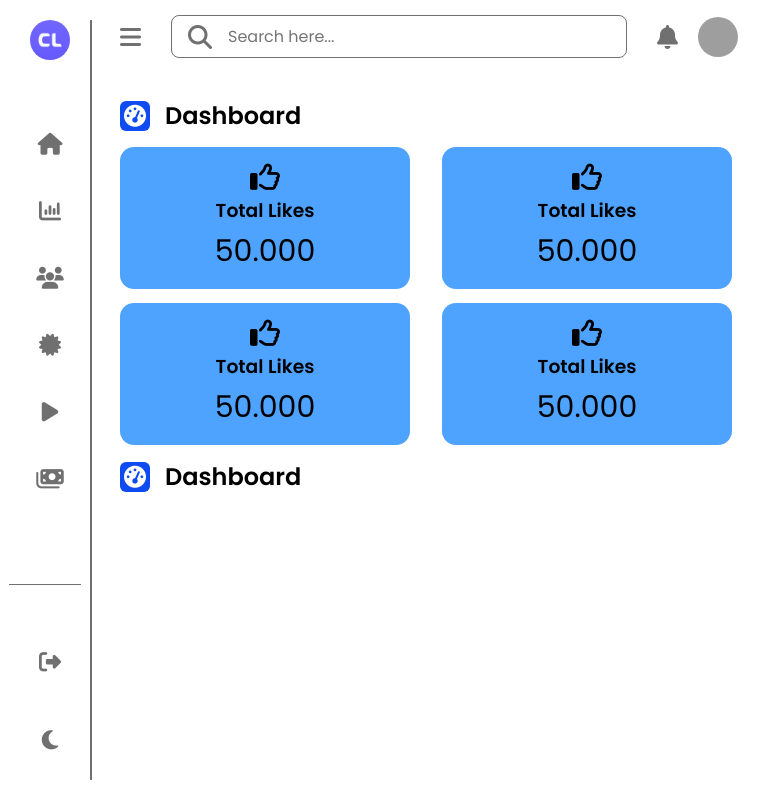
Repository: phamngocthang/practice-html-css
Page: Admin/dist/index.html
An editor plug-in stored every save of this project. The page is shown before and after the next save, followed by the edit.
The browser window is 768 px wide. The pictures show the whole page.
Pictures or frames that could not be fetched are drawn as grey boxes. The style sheet was rebuilt from its Sass, Less or Tailwind sources for each picture, by a compiler version that may differ from the author's.

Above is the page before, as saved 2023-10-25 13:50:30.

After the next save:
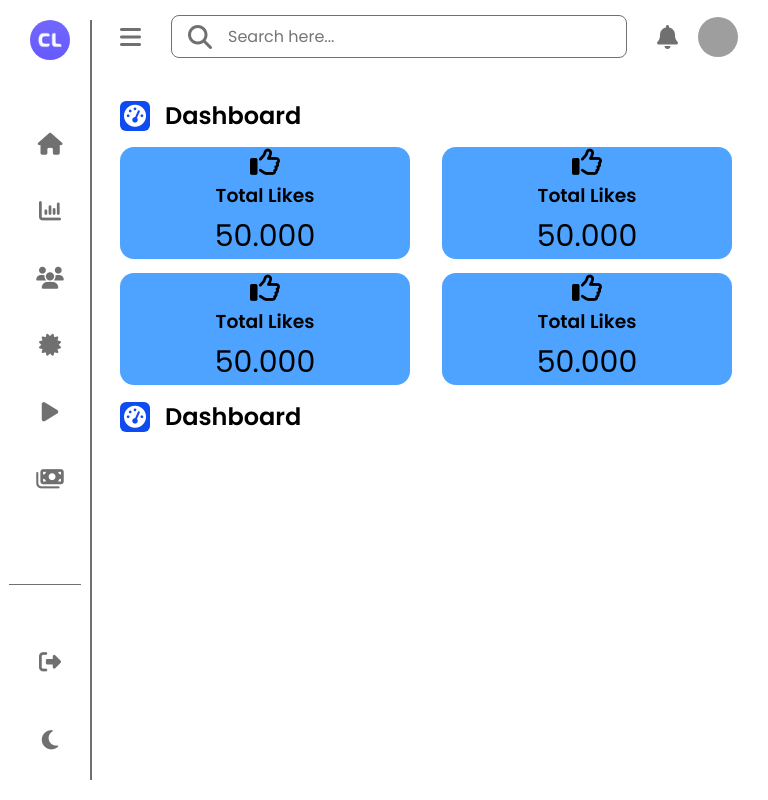
Saved 30 s later.
--- a/Admin/scss/main.scss
+++ b/Admin/scss/main.scss
@@ -387,6 +387,7 @@
                 &__box {
                     width: calc(100% / 2 - 35px);
                     margin-top: 14px;
+                    padding: 0;
                 }
 
             }

After the save that followed:
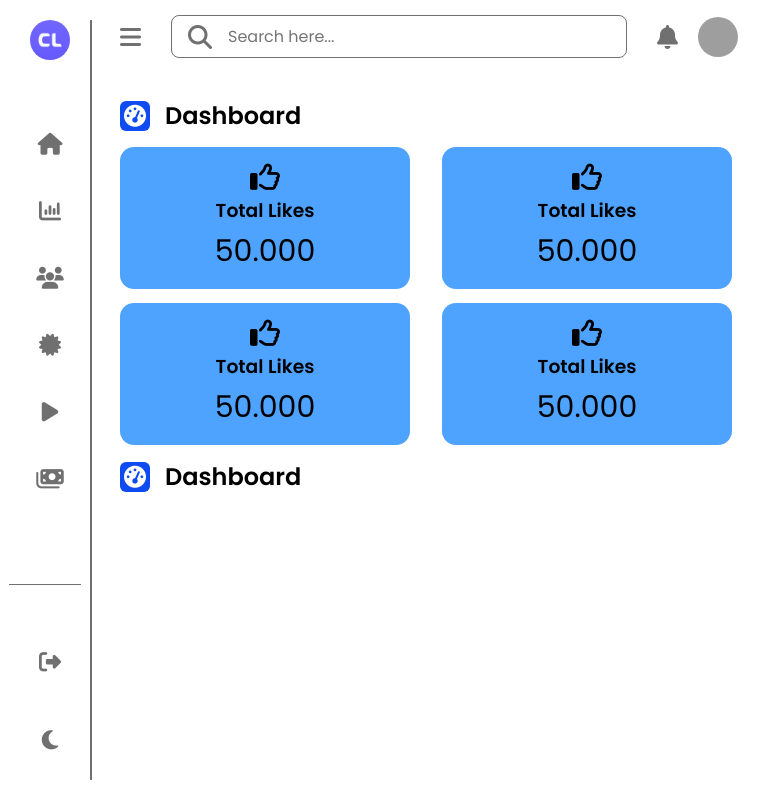
Saved 5 s later.
--- a/Admin/scss/main.scss
+++ b/Admin/scss/main.scss
@@ -387,7 +387,6 @@
                 &__box {
                     width: calc(100% / 2 - 35px);
                     margin-top: 14px;
-                    padding: 0;
                 }
 
             }
